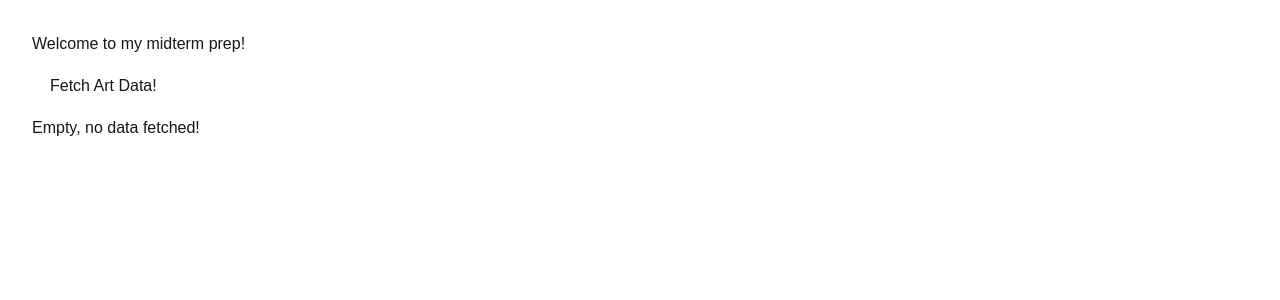
Repository: MelissaJacobi/mdia-3126
Page: / (app in midtermprep/midtermprep/)
The author's editor kept a copy of each file at every save. The page is drawn from the files as they stood at one save, then again after the next save.
The browser window is 1280 px wide. The pictures show the whole page.
The project was rebuilt for these pictures with package versions that can differ from the ones it lists, and the page was loaded fresh each time. The framework's server and built-in components were replaced by stand-ins that run in the browser. Also part of the build but not shown: midtermprep/midtermprep/next.config.mjs, midtermprep/midtermprep/src/app/Components/Atoms/Loading.js, midtermprep/midtermprep/src/app/Components/Molecules/ArtCard.js.

Above is the page before, as saved 2024-11-01 11:36:00.

After the next save:
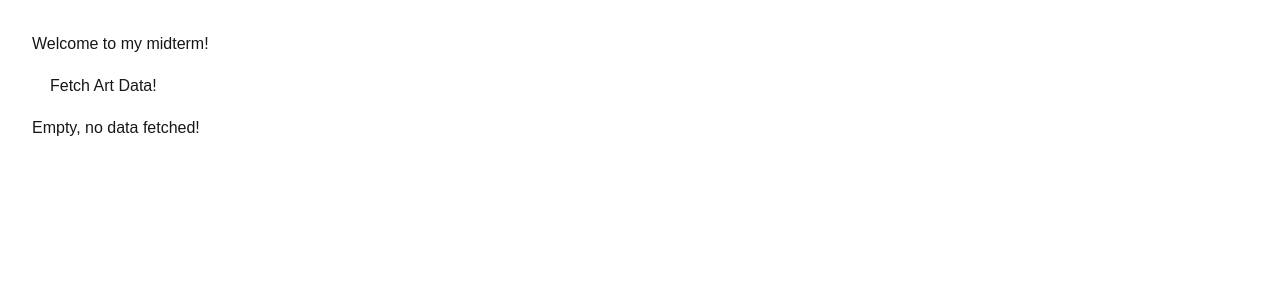
Saved 6 min 45 s later.
--- a/midtermprep/midtermprep/src/app/Components/Molecules/Header.js
+++ b/midtermprep/midtermprep/src/app/Components/Molecules/Header.js
@@ -5,7 +5,7 @@ import Button from "../Atoms/Button";
 export default function Header({ loading, onFetchData }) {
   return (
     <header>
-      Welcome to my midterm prep!
+      Welcome to my midterm!
       <br />
       <Button onClick={onFetchData} disabled={loading}>
         {loading ? "Fetching..." : "Fetch Art Data!"}
